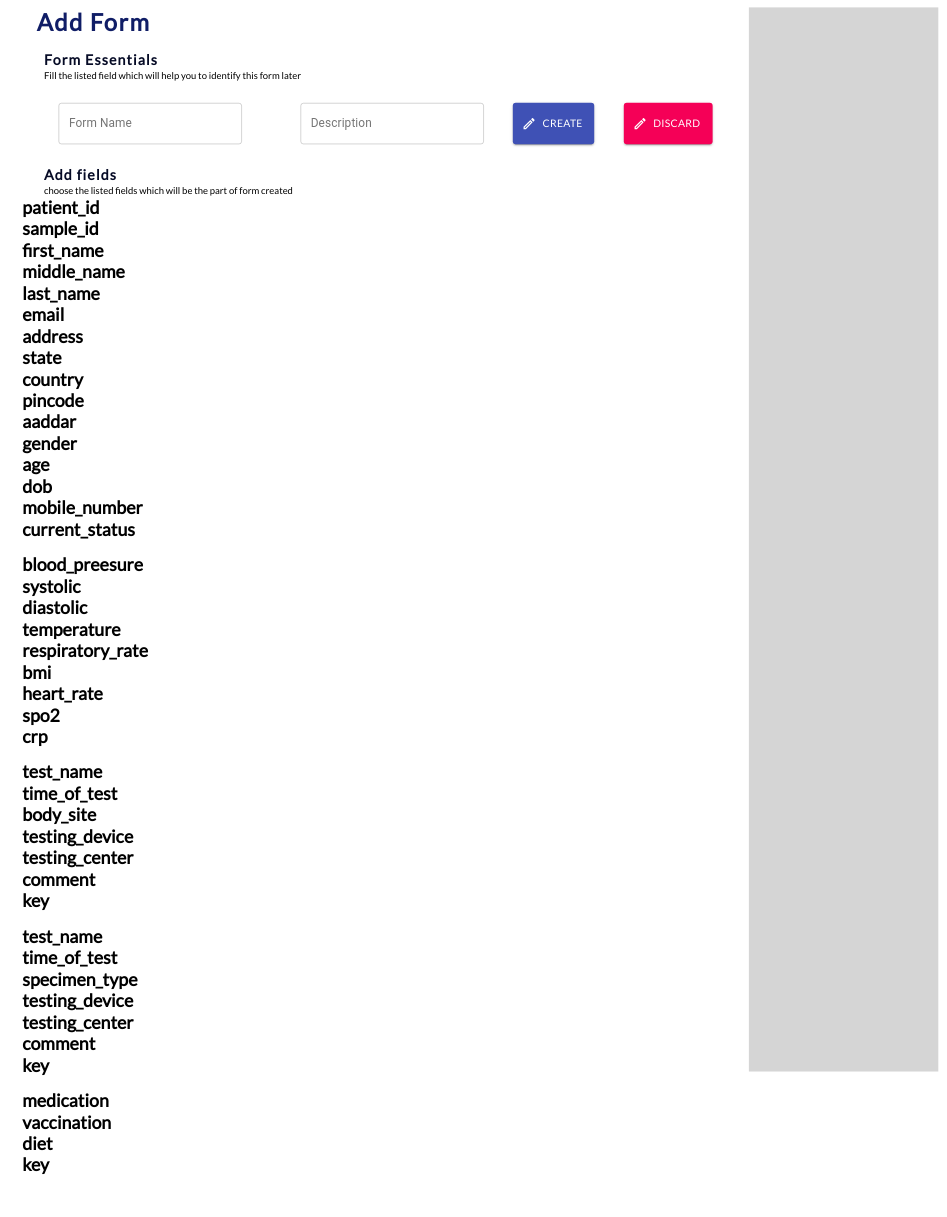
Repository: Architjain128/df
Page: /add
These files come from the project's save history. The page is drawn as it stood at one moment and after the next save; the edit follows.
The browser window is 1280 px wide. The pictures show the whole page, at 74% of full size.
The project was rebuilt for these pictures with package versions that can differ from the ones it lists, and the page was loaded fresh each time. Also part of the build but not shown: src/App.css, src/dftable.js, src/dataForm.js.

Above is the page before, as saved 2021-06-25 17:29:05.

### src/addDataForm.js
import React , {Component} from 'react';
import './dataForm.css';
import { Button,TextField } from '@material-ui/core';
import CreateOutlinedIcon from '@material-ui/icons/CreateOutlined';
import TreeData from './grace.json'






class AddDataForm extends Component{
    constructor(props){
        super(props);
        this.state={
            form_name:'',
            description:'',
            tree:"<h2>txfgvhbj</h2>",
        }
        this.listit=this.listit.bind(this)
        this.fetch_child=this.fetch_child.bind(this)
    }
    listit=(data,level)=>{
        var ro=[]
        for (var c in data) {
            ro.push(<h2>{data[c]['name']}</h2>);
            console.log(data[c]['name'])
        }
        return ro
    }

    fetch_child=(datas)=>{
        var finalrow=[]
        for(let data in datas){
            console.log(datas[data]["parameters"])
            finalrow.push(this.listit(datas[data]["parameters"],0))
            finalrow.push(<br/>)
        }
        this.setState({tree:finalrow})
    }
    componentDidMount(){
        this.fetch_child(TreeData)
    }
    render(){
        return (
            <>
                <div className="dataform">
                    <div className='df-create-section'>
                        <div className='df-form-gen'>
                            <div className="df-title">Add Form</div>
                            <div className="df-subtitle">Form Essentials</div>
                            <div className="df-description" >Fill the listed field which will help you to identify this form later</div>
                            <div className="df-form-ess">
                                <TextField id="outlined-basic" label="Form Name" variant="outlined" /><br/>
                                <TextField id="outlined-basic-large" label="Description" variant="outlined"/>
                                <div className="df-create2"><Button variant="contained" color="primary" startIcon={<CreateOutlinedIcon />}> Create </Button></div>
                                <div className="df-create2"><Button variant="contained" href='/' color="secondary" startIcon={<CreateOutlinedIcon />}> Discard </Button></div>
                            </div>
                            <div className="df-subtitle">Add fields</div>
                            <div className="df-description" >choose the listed fields which will be the part of form created</div>
                            <div className="df-create-section">
                                <div className="df-dnd">
                                    {this.state.tree}
                                </div>
                            </div>
                        </div>
                        <div className="df-form-pre-con">
                            <div className='df-form-pre'>

                            </div>
                        </div>
                    </div>
                    <div className="df-end" ></div>
                    <div className="df-footer" ></div>

                </div>
            </>
            );
        }
}

export default AddDataForm;

### src/dataForm.css
@import url('https://fonts.googleapis.com/css2?family=Lato&display=swap');

* {
  box-sizing: border-box;
  margin: 0;
  padding: 0;
  font-family: 'Lato', sans-serif;
}

.dataform {
  padding-left: clamp(10px,30px,5%);
  padding-top: clamp(5px,10px,3%);
  display:block;
  /* height: 90vh; */
  /* align-items: center; */
  justify-content: left;
}
.df-title{
  letter-spacing: 2px;
  font-size: clamp(1.8rem, 2.5vw, 2.8rem);
  color:#101d66;
  font-weight: bolder;
  padding-left:2%;
  padding-right:10%;
  margin-bottom: 2%;
}
.df-subtitle{
    letter-spacing: 1.5px;
    font-size: clamp(1.2rem, 1.5vw, 2rem);
    color:#060b26;
    font-weight: bold;
    padding-left:3%;
    padding-right:10%;
    margin-bottom: 0.2%;
}
.df-description{
    font-size: clamp(0.8rem, 1vw, 1.2rem);
    color:#000000;
    padding-left:3%;
    padding-right:10%;
}
.df-table{
    padding-top:3%;
    padding-bottom:3%;
    padding-left:3%;
    padding-right:10%;
    height: 460px;
}
.df-create-section{
  display: flex;
}
.df-create-section .df-subdes{
  flex-grow: 10;
}
.df-create-section .df-create{
  flex-grow: 0;
}
.df-create-section .df-form-gen{
  flex-grow: 1;
}
.df-create-section .df-form-pre-con{
  flex-grow: 1;
  margin-right: 1%;
}
.df-form-pre{
  background-color: rgb(213, 213, 213);
  height: 90%;
  width: 100%;
}
.df-create{
  /* margin-left: 10%; */
  /* padding: auto; */
  align-items: right;
  justify-content: flex-start;
  display: flex;
  padding-left:3%;
  padding-right:10%;
}
.df-create2{
  /* margin-left: 10%; */
  /* padding: auto; */
  align-items: right;
  justify-content: flex-start;
  display: flex;
  gap: 5px;
}
.df-end{
  padding-top: 3%;
  padding-left: 3%;
}
.df-footer{
  position:absolute;
  padding-left: 3%;
  bottom: 0;
}
.df-form-ess{
  padding: 3%;
  display: flex;
  justify-content: space-around;
}
.df-form-ess TextField{
  flex-grow: 5;
}
.df-form-ess Button{
  flex-grow: 1;
}
#outlined-basic{
  font-size: medium;
  width: 100%;
}
#outlined-basic-large{
  font-size: medium;
  width: 100%;
}
.flex-container {
  /* padding: 0; */
  /* margin: 0; */
  /* list-style: none; */
  /* display: flex; */
  /* justify-content: flex-start; */
}
.flex-item {
  /* padding: 5px; */
  /* width: 60px; */
  /* height: 50px; */
  /* margin: 5px; */
  /* line-height: 50px; */
  /* color: white; */
  /* font-weight: bold; */
  /* font-size: 2em; */
  /* text-align: center; */
}

Loaded but not shown: public/index.html (common file); src/index.js (common file); src/index.css (common file); src/App.js (common file); src/reportWebVitals.js (common file); src/grace.json (566 lines, source omitted)

After the next save:
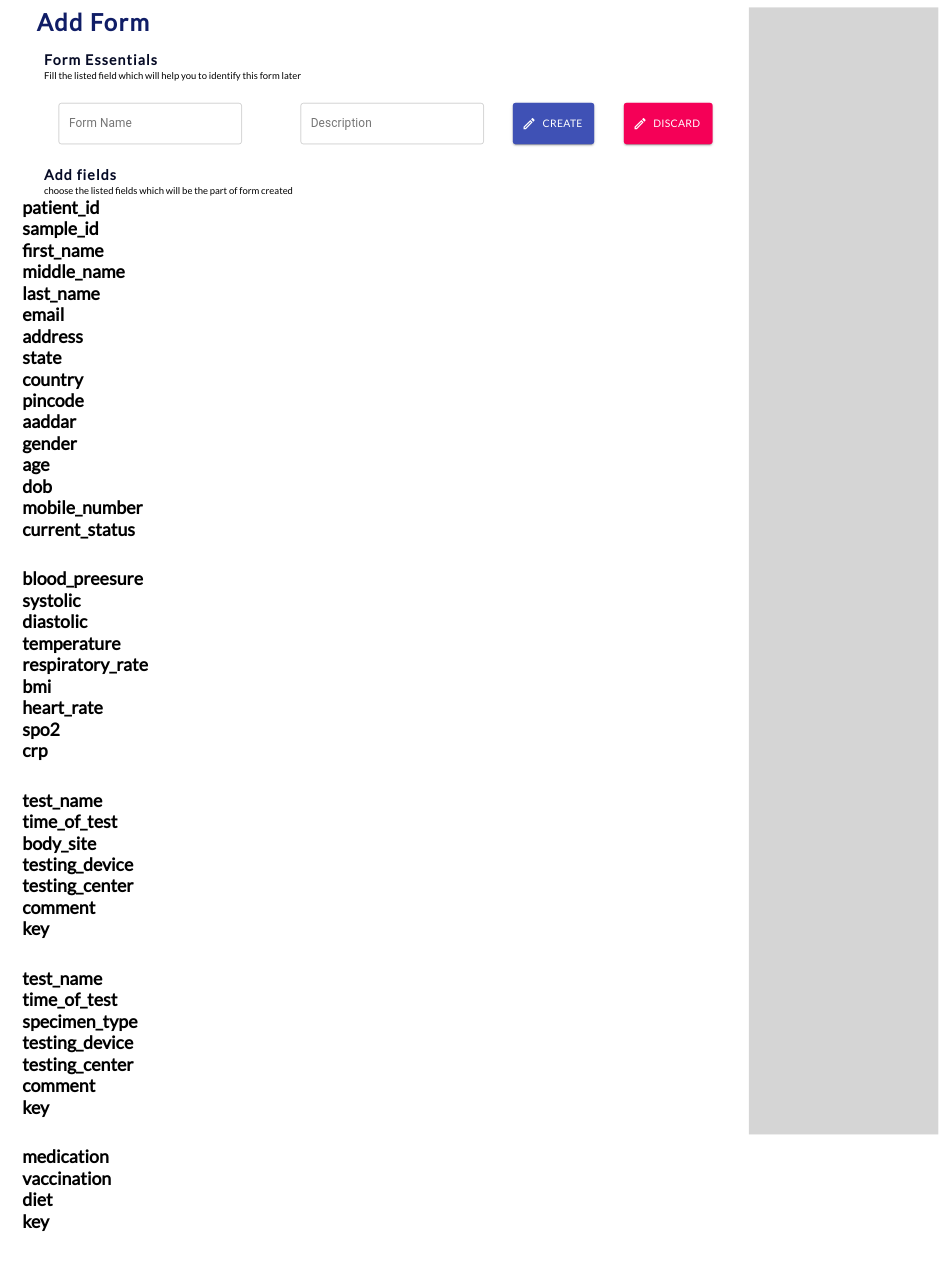
Saved 6 s later.
--- a/src/addDataForm.js
+++ b/src/addDataForm.js
@@ -34,6 +34,7 @@ class AddDataForm extends Component{
         for(let data in datas){
             console.log(datas[data]["parameters"])
             finalrow.push(this.listit(datas[data]["parameters"],0))
+            finalrow.push(<br/>)
             finalrow.push(<br/>)
         }
         this.setState({tree:finalrow})
